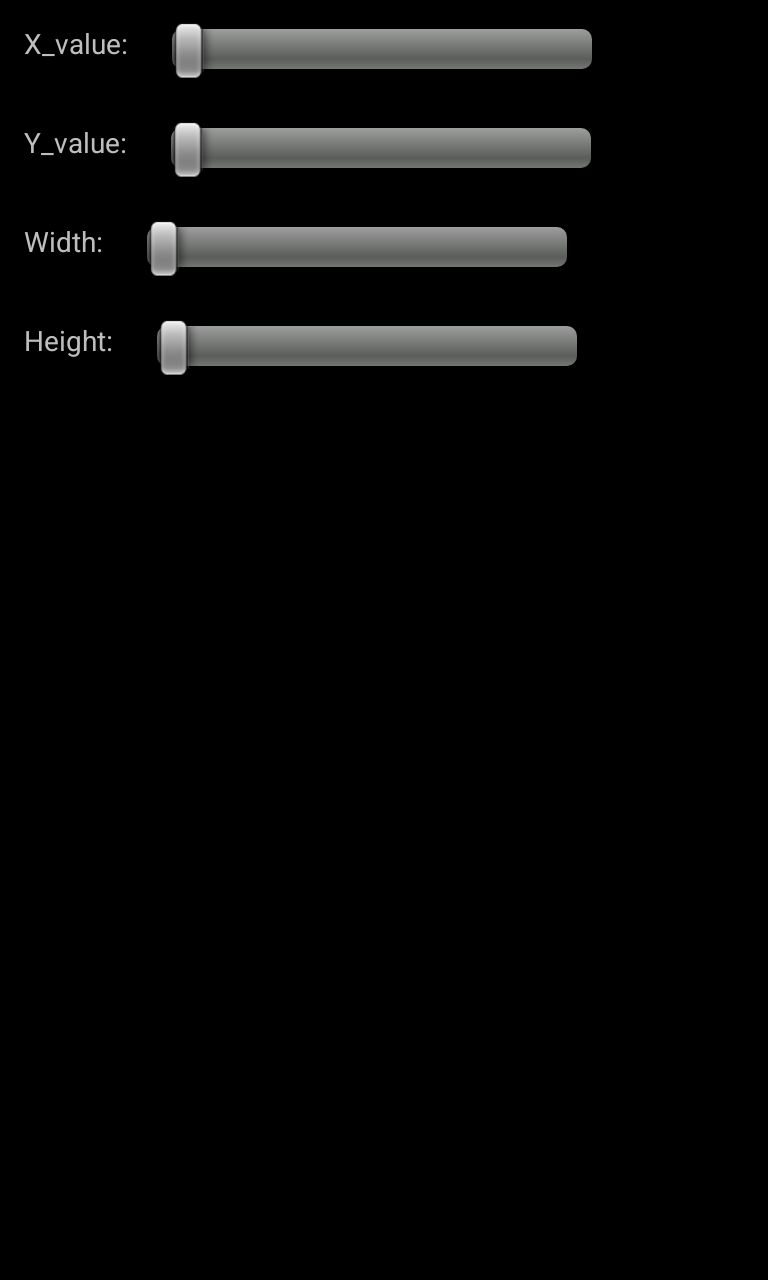
Repository: hzhang15/AndroidForm
Layout: workspace/demo_form_field/res/layout/test.xml
An editor plug-in stored every save of this project. The layout is shown before and after the next save, followed by the edit.
It is drawn on a 768 x 1280 px phone screen (xhdpi) without system bars, with theme android:Theme; the app's code is not run.

Above is the layout before, as saved 2014-09-21 06:02:55.

### workspace/demo_form_field/res/layout/test.xml
<?xml version="1.0" encoding="utf-8"?>
<LinearLayout xmlns:android="http://schemas.android.com/apk/res/android"
    android:layout_width="fill_parent"
    android:layout_height="fill_parent"
    android:orientation="vertical"
    >
    <LinearLayout
        android:layout_width="wrap_content"
        android:layout_height="wrap_content"
        android:orientation="horizontal"
        >
    	<TextView
    	    android:layout_width="wrap_content"
            android:layout_height="wrap_content"
    	    android:padding="12dp"
    	    android:text="@string/x_value" />
        <TextView
            android:id="@+id/textview1"
            android:layout_width="wrap_content"
            android:layout_height="wrap_content" />
        <SeekBar
        android:id="@+id/seekBar1"
        android:layout_width="230dp"
        android:layout_height="wrap_content"
        android:padding="10dp"
        android:max="100"/>
    </LinearLayout>

   <LinearLayout
        android:layout_width="wrap_content"
        android:layout_height="wrap_content"
        android:orientation="horizontal"
        >
    	<TextView
    	    android:layout_width="wrap_content"
            android:layout_height="wrap_content"
    	    android:padding="12dp"
    	    android:text="@string/y_value" />
        <TextView
            android:id="@+id/textview2"
            android:layout_width="wrap_content"
            android:layout_height="wrap_content" />

    	<SeekBar
        android:id="@+id/seekBar2"
        android:layout_width="230dp"
        android:layout_height="wrap_content"
        android:padding="10dp"
        android:max="200"/>
    </LinearLayout>

    <LinearLayout
        android:layout_width="wrap_content"
        android:layout_height="wrap_content"
        android:orientation="horizontal"
        >
    	<TextView
    	    android:layout_width="wrap_content"
            android:layout_height="wrap_content"
    	    android:padding="12dp"
    	    android:text="@string/width" />
        <TextView
            android:id="@+id/textview3"
            android:layout_width="wrap_content"
            android:layout_height="wrap_content" />

    	<SeekBar
        android:id="@+id/seekBar3"
        android:layout_width="230dp"
        android:layout_height="wrap_content"
        android:padding="10dp"
        android:max="150"/>
    </LinearLayout>

    <LinearLayout
        android:layout_width="wrap_content"
        android:layout_height="wrap_content"
        android:orientation="horizontal"
        >
    	<TextView
    	    android:layout_width="wrap_content"
            android:layout_height="wrap_content"
    	    android:padding="12dp"
    	    android:text="@string/height" />
        <TextView
            android:id="@+id/textview4"
            android:layout_width="wrap_content"
            android:layout_height="wrap_content" />

    	<SeekBar
        android:id="@+id/seekBar4"
        android:layout_width="230dp"
        android:layout_height="wrap_content"
        android:padding="10dp"
        android:max="175"/>
     </LinearLayout>
</LinearLayout>

### workspace/demo_form_field/res/values/strings.xml
<?xml version="1.0" encoding="utf-8"?>
<resources>

    <string name="hello">Hello World, mainActivity!</string>
    <string name="test_name">Test_Page</string>
    <string name="app_name">Demo_form_field</string>
	<string name="hint">Please enter the text!</string>
	<string name="x_value">X_value:</string>
	<string name="y_value">Y_value:</string>
	<string name="width">Width:</string>
	<string name="height">Height:</string>
	<string name="form_page">Form_Page</string>


</resources>

After the next save:
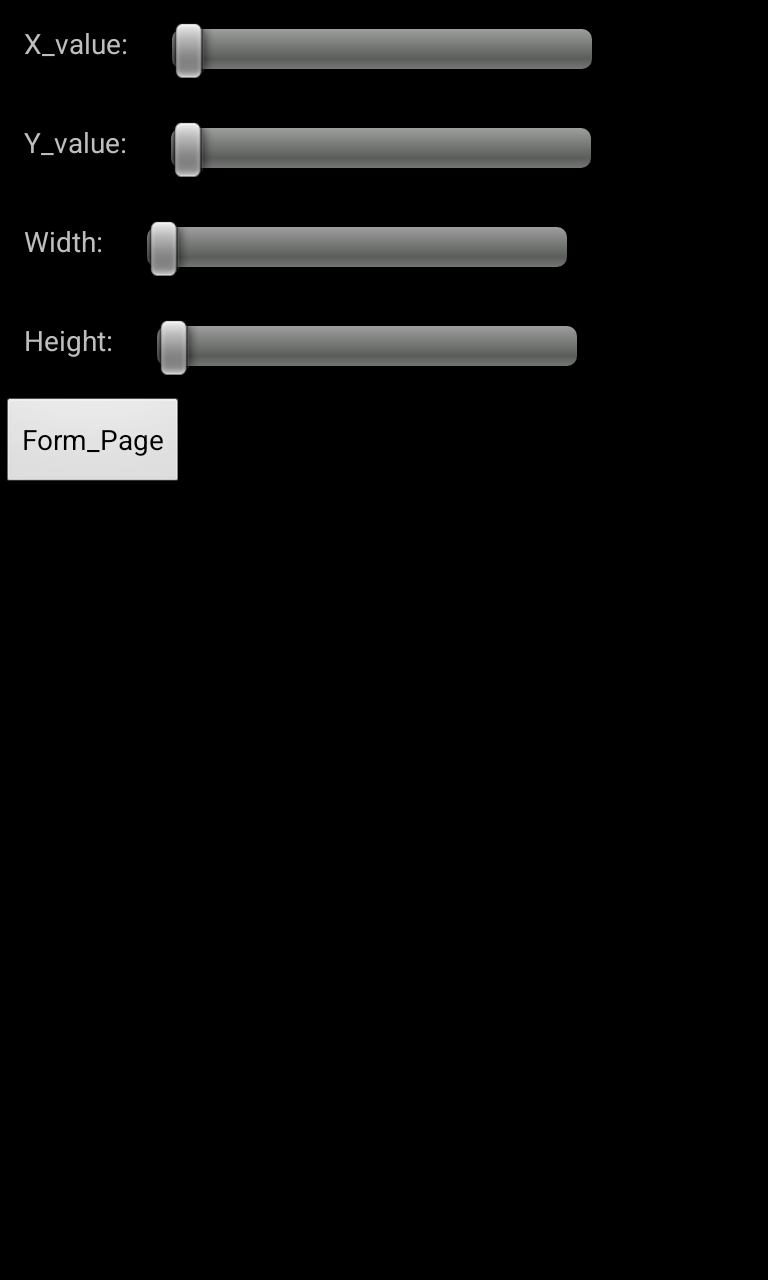
Saved 118 s later.
--- a/workspace/demo_form_field/res/layout/test.xml
+++ b/workspace/demo_form_field/res/layout/test.xml
@@ -94,4 +94,13 @@
         android:padding="10dp"
         android:max="175"/>
      </LinearLayout>
+
+    <Button
+        android:id="@+id/form_page"
+        android:layout_width="wrap_content"
+        android:layout_height="wrap_content"
+        android:text="@string/form_page"
+        android:layout_alignParentBottom="true" />
+
+
 </LinearLayout>
